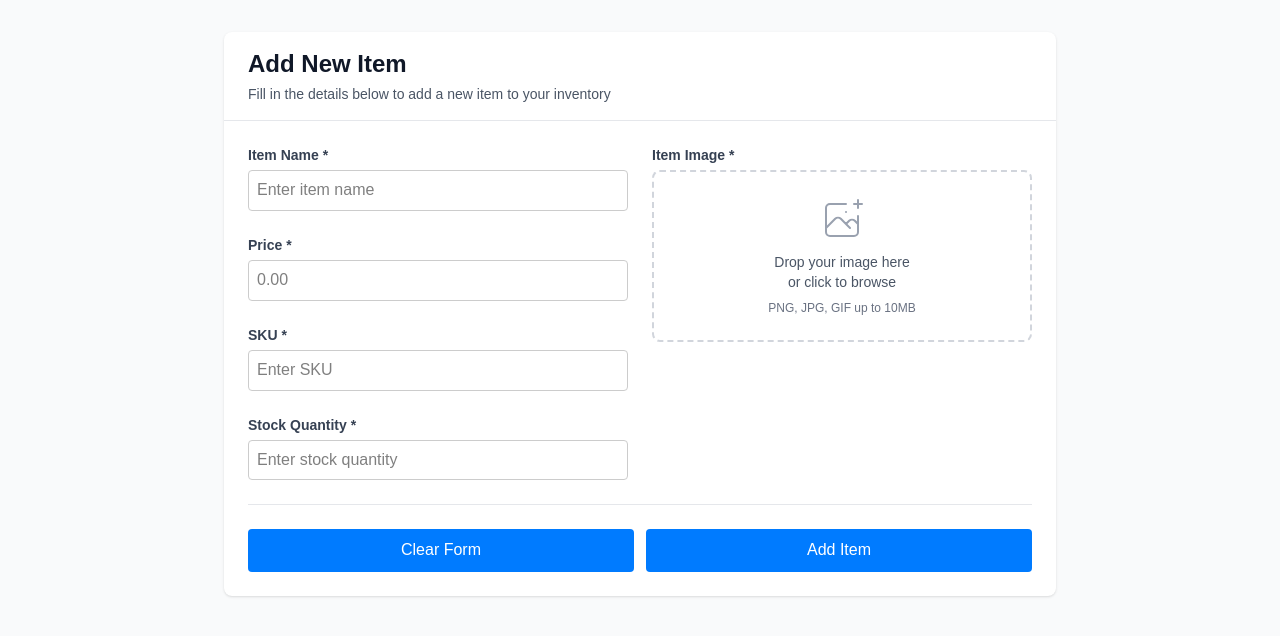
Repository: hasithadil/ms-frontend
Page: /addItem (app in my-react-app/)
The author's editor kept a copy of each file at every save. The page is drawn from the files as they stood at one save, then again after the next save.
The browser window is 1280 px wide. The pictures show the whole page.
The project was rebuilt for these pictures with package versions that can differ from the ones it lists, and the page was loaded fresh each time. Also part of the build but not shown: my-react-app/vite.config.js, my-react-app/src/components/client/Login.jsx, my-react-app/src/components/client/Home.jsx, my-react-app/src/components/client/Order.jsx, my-react-app/src/components/client/Cart.jsx, my-react-app/src/components/wm/WmHome.jsx, my-react-app/src/components/dp/DpHome.jsx, my-react-app/src/pages/register.jsx and 2 more.

Above is the page before, as saved 2025-09-20 15:29:10.

After the next save:
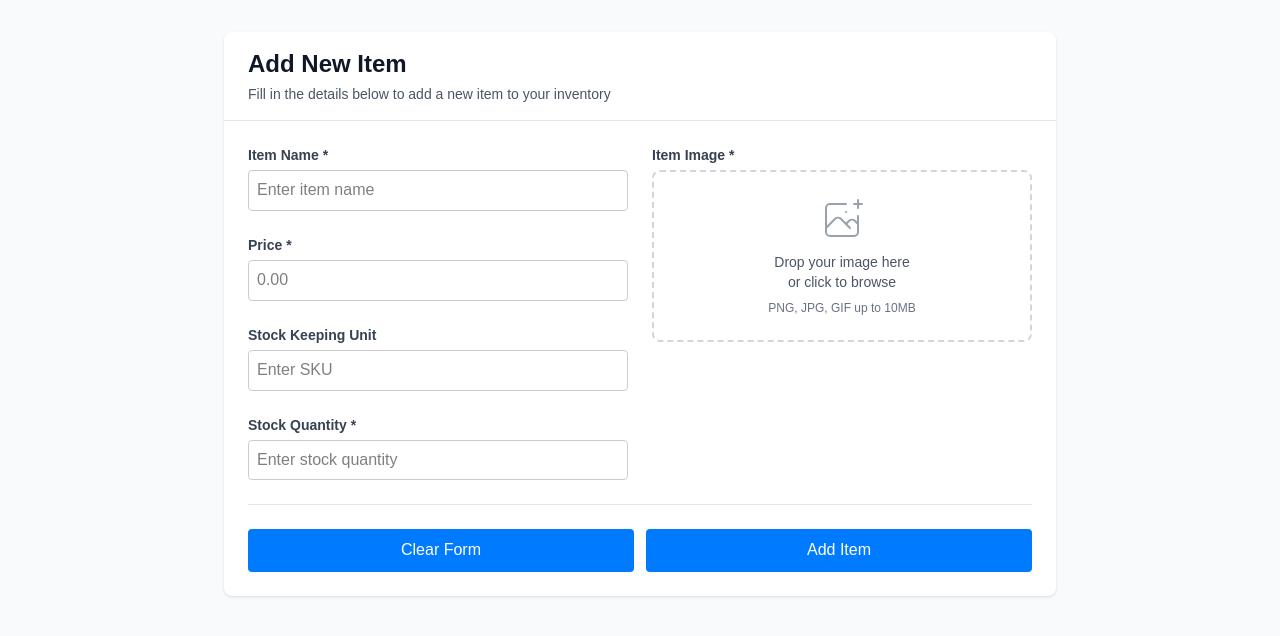
Saved 2 min 40 s later.
--- a/my-react-app/src/components/wm/AddItem.jsx
+++ b/my-react-app/src/components/wm/AddItem.jsx
@@ -135,7 +135,7 @@ export default function AddItem() {
 
                 <div>
                   <label className="block text-sm font-medium text-gray-700 mb-2">
-                    SKU *
+                  Stock Keeping Unit
                   </label>
                   <input
                     type="text"
